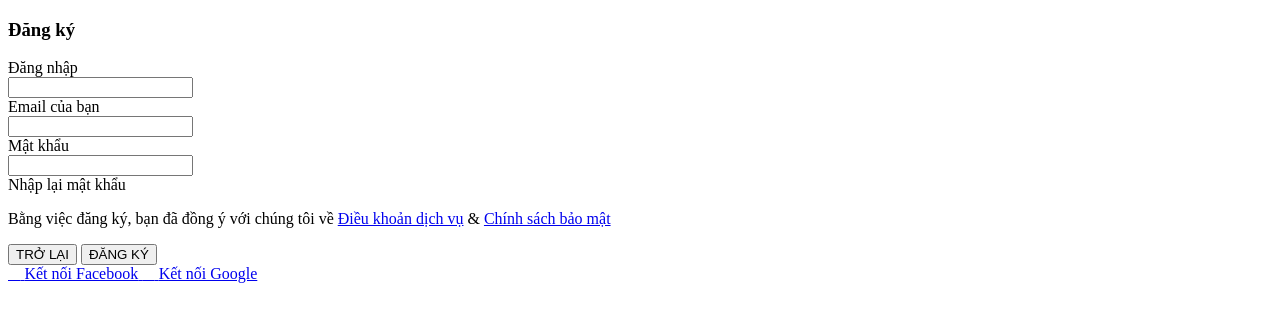
Repository: ximvhs/sochitieu
Page: login.html
The author's editor kept a copy of each file at every save. The page is drawn from the files as they stood at one save, then again after a run of saves.
The browser window is 1280 px wide. The pictures show the whole page.
Some web fonts or font styles are not loaded; a fallback is used.

Above is the page before, as saved 2023-04-05 09:29:43.

### login.html
<!DOCTYPE html>
<html lang="en">
<head>
    <meta charset="UTF-8">
    <meta http-equiv="X-UA-Compatible" content="IE=edge">
    <meta name="viewport" content="width=device-width, initial-scale=1.0">
    <title>Đăng nhập</title>
    <link rel="stylesheet" href="./assets/css/login.css">
    <link rel="stylesheet" href="./themify-icons-font/themify-icons/themify-icons.css">
    <link rel="stylesheet" href="https://fonts.googleapis.com/css2?family=Material+Symbols+Outlined:opsz,wght,FILL,GRAD@20..48,100..700,0..1,-50..200" />
    <link rel="preconnect" href="https://fonts.googleapis.com">
    <link rel="preconnect" href="https://fonts.gstatic.com" crossorigin>
    <link href="https://fonts.googleapis.com/css2?family=Dongle:wght@700&display=swap" rel="stylesheet">
    <link rel="stylesheet" href="https://stackpath.bootstrapcdn.com/font-awesome/4.7.0/css/font-awesome.min.css"
    integrity="sha384-wvfXpqpZZVQGK6TAh5PVlGOfQNHSoD2xbE+QkPxCAFlNEevoEH3Sl0sibVcOQVnN" crossorigin="anonymous">
    <link rel="preconnect" href="https://fonts.gstatic.com">
    <link href="https://fonts.googleapis.com/css2?family=Open+Sans:ital,wght@0,400;0,600;0,700;0,800;1,400&display=swap"
    rel="stylesheet">
</head>
<body>
    <form action="">
        <div class="modal js-show_register">
                <div class="modal__body">
                    <div class="auth-form--left">

                    </div>
                    <div class="auth-form--right js-auth-form">
                        <div class="auth-form__container">
                            <div class="auth-form__header">
                                <h3 class="auth-form__heading">Đăng ký</h3>
                                <span class="auth-form__switch-btn js-login">Đăng nhập</span>
                            </div>

                            <div class="auth-form__form">
                                <div class="auth-form__group">
                                    <input type="text" class="auth-form__input" required placeholder=" ">
                                    <div class="form-label">Email của bạn</div>
                                </div>
                                <div class="auth-form__group">
                                    <input type="password" class="auth-form__input" required placeholder=" ">
                                    <div class="form-label">Mật khẩu</div>
                                </div>
                                <div class="auth-form__group">
                                    <input type="password" class="auth-form__input" required placeholder=" ">
                                    <div class="form-label">Nhập lại mật khẩu</div>
                                </div>
                            </div>

                            <div class="auth-form__aside">
                                <p class="auth-form__policy-text">
                                    Bằng việc đăng ký, bạn đã đồng ý với chúng tôi về
                                    <a href="#" class="auth-form__text-link">Điều khoản dịch vụ</a> &
                                    <a href="#" class="auth-form__text-link">Chính sách bảo mật</a>
                                </p>
                            </div>
                            <div class="auth-form__controls">
                                <button class="btn btn--normal auth-form__controls--back js-close">TRỞ LẠI</button>
                                <button class="btn btn--normal btn--primary">ĐĂNG KÝ</button>
                            </div>
                        </div>

                        <div class="auth-form__socials">
                            <a href="#" class="auth-form__socials--facebook btn btn--size-s btn--with-icon">
                                <i class="auth-form__socials-icon fab fa-facebook-square"></i>
                                <span class="auth-form__socials-text">Kết nối Facebook</span>
                            </a>
                            <a href="#" class="auth-form__socials--google btn btn--size-s btn--with-icon">
                                <i class="auth-form__socials-icon fab fa-google"></i>
                                <span class="auth-form__socials-text">Kết nối Google</span>
                            </a>
                        </div>
                    </div>
                </div>
        </div>
    </form>
</body>
</html>

Loaded but not shown: assets/css/login.css (no stored copy; drawn as an empty file)

After the next 2 saves:
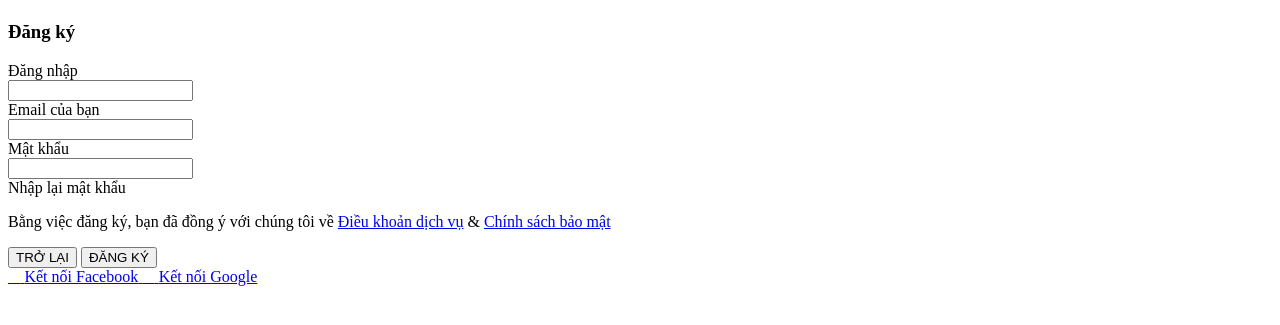
The 2 saves are shown as one change because they came seconds apart.
The last was saved 10 s later.
--- a/login.html
+++ b/login.html
@@ -22,7 +22,7 @@
         <div class="modal js-show_register">
                 <div class="modal__body">
                     <div class="auth-form--left">
-
+                        <H1></H1>
                     </div>
                     <div class="auth-form--right js-auth-form">
                         <div class="auth-form__container">
